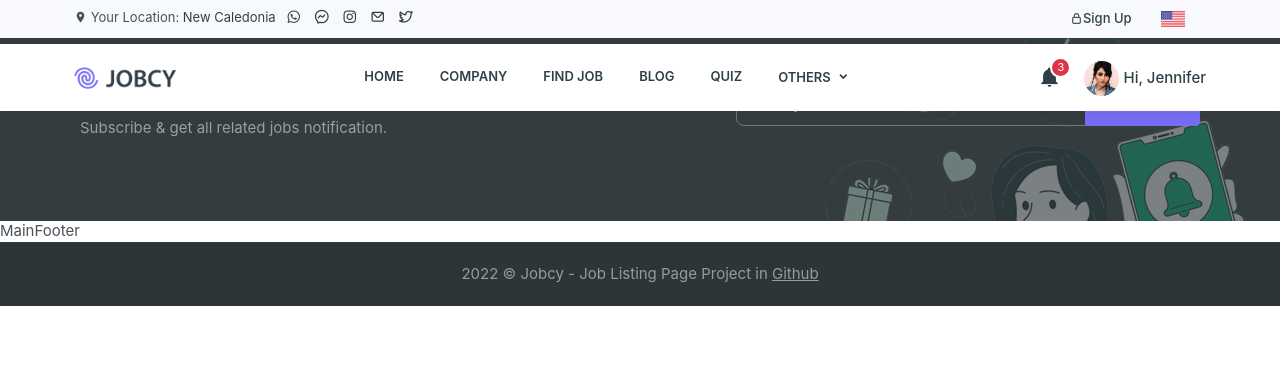
Repository: waflol/hrpm-frontend
Page: / (app in frontend/)
These files come from the project's save history. The page is drawn as it stood at one moment and after the next save; the edit follows.
The browser window is 1280 px wide. The pictures show the whole page.
The project was rebuilt for these pictures with package versions that can differ from the ones it lists, and the page was loaded fresh each time. Also part of the build but not shown: frontend/craco.config.js, frontend/src/shared/components/Navigations/LoginButton.jsx.

Above is the page before, as saved 2022-10-13 13:58:54.

### frontend/src/shared/components/Navigations/MainNavBar.jsx
import React from "react";
import {Container} from "reactstrap";
import LogoCompany from "./LogoCompany";
import NavToggler from "./NavToggler";
import Notification from "./Notification";
import UserSetting from "./UserSetting";
import LoginButton from "./LoginButton";
const MainNavBar = () => {
  return (
    <React.Fragment>
      <nav className="navbar navbar-expand-lg fixed-top sticky p-0 " id="navigation">
        <Container fluid className="custom-container">
          <LogoCompany/>
          <NavToggler/>

          <ul className="header-menu list-inline d-flex align-items-center mb-0">
            <Notification/>
            <UserSetting/>
          </ul>
        </Container>
      </nav>
    </React.Fragment>
  )
}

export default MainNavBar;

### frontend/src/shared/components/TopBar/MainTopBar.jsx
import React from "react";
import {Col, Container, Row} from "reactstrap";

import YourLocations from "./YourLocations";
import SignUpLink from "./SignUpLink";
import LanguageSelector from "./LanguageSelector";

const MainTopBar = () => {
  return (
    <React.Fragment>
      <div className="top-bar" style={{zIndex: 1030}}>
        <Container fluid className="custom-container">
          <Row className="g-0 align-items-center">
            <YourLocations/>

            <Col md={5}>
              <ul className="list-inline mb-0 text-center text-md-end">
                <SignUpLink/>
                <LanguageSelector/>
              </ul>
            </Col>
          </Row>
        </Container>
      </div>
    </React.Fragment>
  );
};

export default MainTopBar;

### frontend/src/shared/components/Footer/MainFooter.jsx
import React from 'react'
import Subscribe from './Subscribe'
import FooterAlt from './FooterAlt'
const MainFooter = () => {
  return (
    <div>
        <Subscribe/>
        MainFooter
        <FooterAlt/>
    </div>
  )
}

export default MainFooter

### frontend/src/shared/components/Navigations/LogoCompany.jsx
import React from 'react'
import { Link } from 'react-router-dom';
import darkLogo from "../../../assets/images/logo-dark.png";
import lightLogo from "../../../assets/images/logo-light.png";
const LogoCompany = () => {
    return (
        <Link className="navbar-brand text-dark fw-bold me-auto" to="/">
            <img src={darkLogo} height="22" alt="" className="logo-dark" />
            <img src={lightLogo} height="22" alt="" className="logo-light" />
        </Link>
    )
}

export default LogoCompany

### frontend/src/shared/components/Navigations/NavToggler.jsx
import React, { useState } from "react";
import NavLinks from "./NavLinks";
import { Collapse, NavbarToggler } from "reactstrap";
const NavToggler = () => {
    const [isOpen, setIsOpen] = useState(false);
    const toggle = () => setIsOpen(!isOpen);
    return (
        <>
            <div>
                <NavbarToggler className="me-3" type="button" onClick={() => toggle()}>
                    <i className="mdi mdi-menu"></i>
                </NavbarToggler>
            </div>
            <Collapse isOpen={isOpen} className="navbar-collapse" id="navbarCollapse">
                <NavLinks />
            </Collapse>
        </>

    )
}

export default NavToggler;

### frontend/src/shared/components/Navigations/Notification.jsx
import React, { useState } from "react";
import {
    Dropdown,
    DropdownToggle,
    DropdownMenu,
} from "reactstrap";
import userImage2 from "../../../assets/images/user/img-02.jpg";
import jobImage4 from "../../../assets/images/featured-job/img-04.png";
import userImage1 from "../../../assets/images/user/img-01.jpg";
import jobImage from "../../../assets/images/featured-job/img-01.png";
import { Link } from 'react-router-dom';

const Notification = () => {
    const [notification, setNotification] = useState(false);
    const dropDownnotification = () => setNotification((prevState) => !prevState);
    return (
        <Dropdown isOpen={notification} toggle={dropDownnotification} className="list-inline-item  me-4">
            <DropdownToggle href="#" className="header-item noti-icon position-relative" id="notification" type="button" tag="a">
                <i className="mdi mdi-bell fs-22"></i>
                <div className="count position-absolute">3</div>
            </DropdownToggle>
            <DropdownMenu className="dropdown-menu-sm dropdown-menu-end p-0" aria-labelledby="notification" end>
                <div className="notification-header border-bottom bg-light">
                    <h6 className="mb-1"> Notification </h6>
                    <p className="text-muted fs-13 mb-0">You have 4 unread Notification</p>
                </div>
                <div className="notification-wrapper dropdown-scroll">
                    <Link to="#" className="text-dark notification-item d-block active">
                        <div className="d-flex align-items-center">
                            <div className="flex-shrink-0 me-3">
                                <div className="avatar-xs bg-primary text-white rounded-circle d-flex align-items-center justify-content-center">
                                    <i className="uil uil-user-check "></i>
                                </div>
                            </div>
                            <div className="flex-grow-1">
                                <h6 className="mt-0 mb-1 fs-14">22 verified registrations</h6>
                                <p className="mb-0 fs-12 text-muted"><i className="mdi mdi-clock-outline"></i> <span>3 min
                                    ago</span></p>
                            </div>
                        </div>
                    </Link>
                    <Link to="#" className="text-dark notification-item d-block">
                        <div className="d-flex align-items-center">
                            <div className="flex-shrink-0 me-3">
                                <img src={userImage2} className="rounded-circle avatar-xs" alt="user-pic" />
                            </div>
                            <div className="flex-grow-1">
                                <h6 className="mt-0 mb-1 fs-14">James Lemire</h6>
                                <p className="text-muted fs-12 mb-0"><i className="mdi mdi-clock-outline"></i> <span>15 min
                                    ago</span></p>
                            </div>
                        </div>
                    </Link>
                    <Link to="#" className="text-dark notification-item d-block">
                        <div className="d-flex align-items-center">
                            <div className="flex-shrink-0 me-3">
                                <img src={jobImage4} className="rounded-circle avatar-xs"
                                    alt="user-pic" />
                            </div>
                            <div className="flex-grow-1">
                                <h6 className="mt-0 mb-1 fs-14">Applications has been approved</h6>
                                <p className="text-muted mb-0 fs-12"><i className="mdi mdi-clock-outline"></i> <span>45 min
                                    ago</span></p>
                            </div>
                        </div>
                    </Link>
                    <Link to="#" className="text-dark notification-item d-block">
                        <div className="d-flex align-items-center">
                            <div className="flex-shrink-0 me-3">
                                <img src={userImage1} className="rounded-circle avatar-xs"
                                    alt="user-pic" />
                            </div>
                            <div className="flex-grow-1">
                                <h6 className="mt-0 mb-1 fs-14">Kevin Stewart</h6>
                                <p className="text-muted mb-0 fs-12"><i className="mdi mdi-clock-outline"></i> <span>1 hour
                                    ago</span></p>
                            </div>
                        </div>
                    </Link>
                    <Link to="#" className="text-dark notification-item d-block">
                        <div className="d-flex align-items-center">
                            <div className="flex-shrink-0 me-3">
                                <img src={jobImage} className="rounded-circle avatar-xs"
                                    alt="user-pic" />
                            </div>
                            <div className="flex-grow-1">
                                <h6 className="mt-0 mb-1 fs-15">Creative Agency</h6>
                                <p className="text-muted mb-0 fs-12"><i className="mdi mdi-clock-outline"></i> <span>2 hour
                                    ago</span></p>
                            </div>
                        </div>
                    </Link>
                </div>
                <div className="notification-footer border-top text-center">
                    <Link className="primary-link fs-13" to="#">
                        <i className="mdi mdi-arrow-right-circle me-1"></i> <span>View More..</span>
                    </Link>
                </div>
            </DropdownMenu>
        </Dropdown>
    )
}

export default Notification

### frontend/src/shared/components/Navigations/UserSetting.jsx
import React, { useState } from "react";
import {
    Dropdown,
    DropdownToggle,
    DropdownMenu,
} from "reactstrap";
import profileImage from "../../../assets/images/profile.jpg";
import { Link } from 'react-router-dom';

const UserSetting = () => {
    const [userProfile, setUserProfile] = useState(false);
    const dropDownuserprofile = () => setUserProfile((prevState) => !prevState);
    return (
        <Dropdown
            onClick={() => setUserProfile(!userProfile)}
            isOpen={userProfile}
            toggle={dropDownuserprofile}
            className="list-inline-item">
            <DropdownToggle to="#" className="header-item" id="userdropdown" type="button" tag="a" aria-expanded="false">
                <img src={profileImage} alt="mdo" width="35" height="35" className="rounded-circle me-1" />
                <span className="d-none d-md-inline-block fw-medium">Hi, Jennifer</span>
            </DropdownToggle>
            <DropdownMenu className="dropdown-menu-end" aria-labelledby="userdropdown" end>
                <li><Link className="dropdown-item" to="/managejobs">Manage Jobs</Link></li>
                <li><Link className="dropdown-item" to="/bookmarkjobs">Bookmarks Jobs</Link></li>
                <li><Link className="dropdown-item" to="/myprofile">My Profile</Link></li>
                <li><Link className="dropdown-item" to="/signout">Logout</Link></li>
            </DropdownMenu>
        </Dropdown>
    )
}

export default UserSetting

### frontend/src/shared/components/TopBar/YourLocations.jsx
import React from "react";
import {Col} from "reactstrap";
import { Link } from "react-router-dom";
import { iconTobar } from "./IconBar";
//import images

const YourLocations = () => {
    return (
        <Col md={7}>
            <ul className="list-inline mb-0 text-center text-md-start">
                <li className="list-inline-item">
                    <p className="fs-13 mb-0">
                        {" "}
                        <i className="mdi mdi-map-marker"></i> Your Location:{" "}
                        <Link to="#" className="text-dark">
                            New Caledonia
                        </Link>
                    </p>
                </li>
                <li className="list-inline-item">
                    <ul className="topbar-social-menu list-inline mb-0">
                        {(iconTobar || []).map((icon, key) => (
                            <li className="list-inline-item" key={key}>
                                <Link to="/" className="social-link">
                                    <i className={icon.classname}></i>
                                </Link>
                            </li>
                        ))}
                    </ul>
                </li>
            </ul>
        </Col>
    )
}

export default YourLocations

### frontend/src/shared/components/TopBar/LanguageSelector.jsx
import React, { useState } from "react";
import {
    Dropdown,
    DropdownToggle,
    DropdownMenu,
    DropdownItem,
} from "reactstrap";

//import images
import flagUs from "../../../assets/images/flags/us.jpg";
import flagSp from "../../../assets/images/flags/spain.jpg";
import flagGr from "../../../assets/images/flags/germany.jpg";
import flagIt from "../../../assets/images/flags/italy.jpg";
import flagRu from "../../../assets/images/flags/russia.jpg";

const LanguageSelector = () => {
    //Language Dropdown
    const [dropdownOpen, setDropdownOpen] = useState(false);

    const toggle = () => setDropdownOpen((prevState) => !prevState);
    return (
        <li className="list-inline-item align-middle">
            <Dropdown
                isOpen={dropdownOpen}
                toggle={toggle}
                className="d-inline-block language-switch"

            >
                <DropdownToggle tag="button" type="button" className="btn">
                    <img
                        src={flagUs}
                        alt=""
                        height="16"
                    />
                </DropdownToggle>

                <DropdownMenu className="dropdown-menu-end" end>
                    <DropdownItem
                        to="/"
                        className="dropdown-item notify-item language"
                        data-lang="eng"
                    >
                        <img
                            src={flagUs}
                            alt=""
                            className="me-1"
                            height="12"
                        />
                        <span className="align-middle">English</span>
                    </DropdownItem>
                    <DropdownItem
                        to="/"
                        className="dropdown-item notify-item language"
                        data-lang="sp"
                    >
                        <img
                            src={flagSp}
                            alt=""
                            className="me-1"
                            height="12"
                        />
                        <span className="align-middle">Spanish</span>
                    </DropdownItem>
                    <DropdownItem
                        to="/"
                        className="dropdown-item notify-item language"
                        data-lang="gr"
                    >
                        <img
                            src={flagGr}
                            alt=""
                            className="me-1"
                            height="12"
                        />
                        <span className="align-middle">German</span>
                    </DropdownItem>
                    <DropdownItem
                        to="/"
                        className="dropdown-item notify-item language"
                        data-lang="it"
                    >
                        <img
                            src={flagIt}
                            alt=""
                            className="me-1"
                            height="12"
                        />
                        <span className="align-middle">Italian</span>
                    </DropdownItem>
                    <DropdownItem
                        to="/"
                        className="dropdown-item notify-item language"
                        data-lang="ru"
                    >
                        <img
                            src={flagRu}
                            alt=""
                            className="me-1"
                            height="12"
                        />
                        <span className="align-middle">Russian</span>
                    </DropdownItem>
                </DropdownMenu>
            </Dropdown>
        </li>
    )
}

export default LanguageSelector

### frontend/src/shared/components/Footer/Subscribe.jsx
import React from 'react';
import { Col, Container, Row } from "reactstrap";

//Import Image
import subscribeImg from "../../../assets/images/subscribe.png";

const Subscribe = () => {
  return (
      <React.Fragment>
          <section className="bg-subscribe">
              <Container>
                  <Row className="justify-content-between align-items-center">
                      <Col lg={6}>
                          <div className="text-center text-lg-start">
                              <h4 className="text-white">Get New Jobs Notification!</h4>
                              <p className="text-white-50 mb-0">Subscribe & get all related jobs notification.</p>
                          </div>
                      </Col>
                      <Col lg={6}>
                          <div className="mt-4 mt-lg-0">
                              <form className="subscribe-form" action="#">
                                  <div className="input-group justify-content-center justify-content-lg-end">
                                      <input type="text" className="form-control" id="subscribe" placeholder="Enter your email" />
                                      <button className="btn btn-primary" type="button" id="subscribebtn">Subscribe</button>
                                  </div>
                              </form>
                          </div>
                      </Col>
                  </Row>
              </Container>
              <div className="email-img d-none d-lg-block">
                  <img src={subscribeImg} alt="" className="img-fluid" />
              </div>
          </section>
      </React.Fragment>
  );
};

export default Subscribe

### frontend/src/shared/components/Footer/FooterAlt.jsx
import React from 'react'
import { Row, Col, Container } from 'reactstrap'
import { Link } from "react-router-dom";

const FooterAlt = () => {
  return (
    <div className="footer-alt">
      <Container >
        <Row >
          <Col lg={12}>
            <p className="text-white-50 text-center mb-0">
              {new Date().getFullYear()} &copy; Jobcy - Job Listing Page
              Project in <Link to="https://github.com/waflol/hrpm" target="_blank"
                className="text-reset text-decoration-underline">Github</Link>
            </p>
          </Col>
        </Row>
      </Container>
    </div>
  )
}

export default FooterAlt

### frontend/src/shared/components/Navigations/NavLinks.jsx
import React, { useState } from "react";
import classname from "classnames";
import {NavItem,NavLink} from "reactstrap";
import { Link } from 'react-router-dom';
const NavLinks = () => {
    const [home, setHome] = useState(false);
    const [company, setCompany] = useState(false);
    const [blog, setBlog] = useState(false);

    return (
        <ul className="navbar-nav mx-auto navbar-center">
            <NavItem className="dropdown dropdown-hover">
                <NavLink to="/" id="homedrop" className="arrow-none" onClick={() => setHome(!home)}> Home </NavLink>
            </NavItem>
            <NavItem className="dropdown dropdown-hover">
                <NavLink to="/" id="company" className="arrow-none"> Company </NavLink>
            </NavItem>
            <NavItem className="dropdown dropdown-hover">
                <NavLink to="/findjob" id="findjob" className="arrow-none"> Find Job </NavLink>
            </NavItem>
            <NavItem className="dropdown dropdown-hover">
                <NavLink to="/blog" id="productdropdown" role="button" data-bs-toggle="dropdown" onClick={() => setBlog(!blog)}>
                    Blog
                </NavLink>
            </NavItem>
            <NavItem>
                <NavLink className="nav-link" to="/quizz" id="quizz">Quiz</NavLink>
            </NavItem>
            <NavItem className="dropdown dropdown-hover">
                <NavLink to="/#" id="jobsdropdown" role="button" onClick={() => setCompany(!company)}>
                    Others <div className="arrow-down"></div>
                </NavLink>
                <ul className={classname("dropdown-menu dropdown-menu-center", { show: company })} aria-labelledby="jobsdropdown">
                    <li><Link className="dropdown-item" to="/aboutus">About Us</Link></li>
                    <li><Link className="dropdown-item" to="/services">Services</Link></li>
                    <li><Link className="dropdown-item" to="/team">Team</Link></li>
                    <li><Link className="dropdown-item" to="/pricing">Pricing</Link></li>
                    <li><Link className="dropdown-item" to="/privacyandpolicy">Priacy & Policy</Link></li>
                    <li><Link className="dropdown-item" to="/faqs">Faqs</Link></li>
                    <li><Link className="dropdown-item" to="/contact">Contact</Link></li>
                </ul>
            </NavItem>
        </ul>
    )
}

export default NavLinks;

### frontend/src/shared/components/TopBar/IconBar.jsx
export const iconTobar = [
    {
        id: 1,
        classname: "uil uil-whatsapp",
    },
    {
        id: 2,
        classname: "uil uil-facebook-messenger-alt",
    },
    {
        id: 3,
        classname: "uil uil-instagram",
    },
    {
        id: 4,
        classname: "uil uil-envelope",
    },
    {
        id: 5,
        classname: "uil uil-twitter-alt",
    },
];

Loaded but not shown: frontend/public/index.html (common file); frontend/src/index.js (common file); frontend/src/index.css (common file); frontend/public/assets/css/bootstrap-purple.min.css (library); frontend/public/assets/css/icons.min.css (library); frontend/public/assets/css/app-purple.min.css (library); frontend/src/App.js (26 lines, source omitted); frontend/src/shared/components/TopBar/SignUpLink.jsx (136 lines, source omitted)

After the next save:
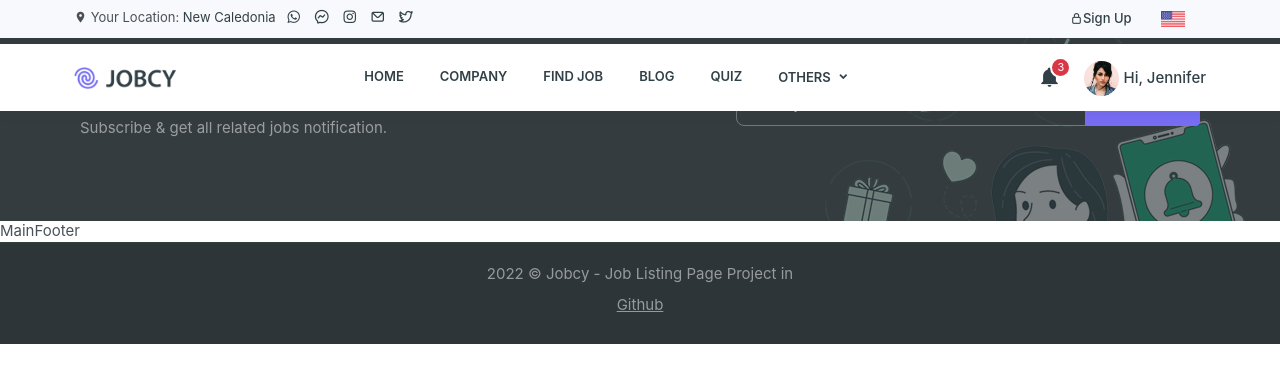
Saved 90 s later.
--- a/frontend/src/shared/components/Footer/FooterAlt.jsx
+++ b/frontend/src/shared/components/Footer/FooterAlt.jsx
@@ -1,5 +1,5 @@
 import React from 'react'
-import { Row, Col, Container } from 'reactstrap'
+import { Row, Col, Container, NavLink } from 'reactstrap'
 import { Link } from "react-router-dom";
 
 const FooterAlt = () => {
@@ -10,8 +10,8 @@
           <Col lg={12}>
             <p className="text-white-50 text-center mb-0">
               {new Date().getFullYear()} &copy; Jobcy - Job Listing Page
-              Project in <Link to="https://github.com/waflol/hrpm" target="_blank"
-                className="text-reset text-decoration-underline">Github</Link>
+              Project in <NavLink to="https://github.com/waflol/hrpm" target="_blank"
+                className="text-reset text-decoration-underline">Github</NavLink>
             </p>
           </Col>
         </Row>

After the save that followed:
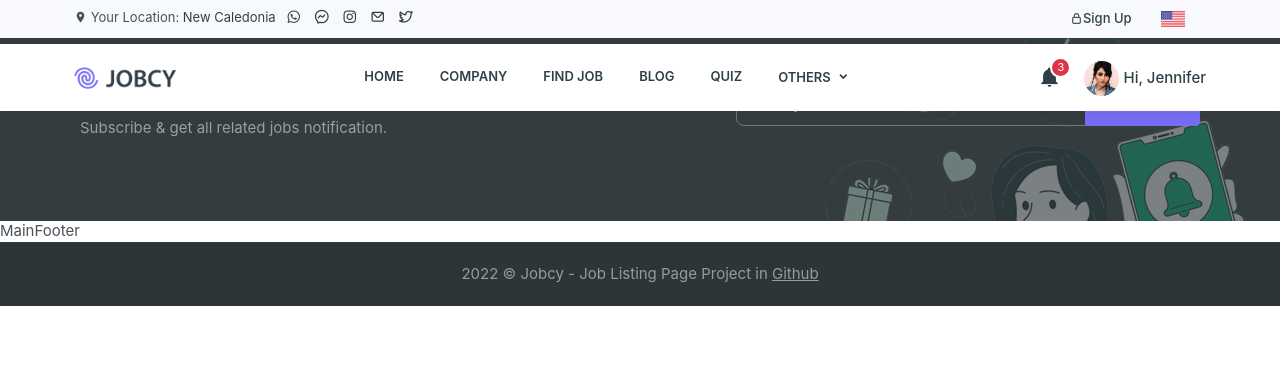
Saved 16 s later.
--- a/frontend/src/shared/components/Footer/FooterAlt.jsx
+++ b/frontend/src/shared/components/Footer/FooterAlt.jsx
@@ -1,5 +1,5 @@
 import React from 'react'
-import { Row, Col, Container, NavLink } from 'reactstrap'
+import { Row, Col, Container } from 'reactstrap'
 import { Link } from "react-router-dom";
 
 const FooterAlt = () => {
@@ -10,8 +10,8 @@
           <Col lg={12}>
             <p className="text-white-50 text-center mb-0">
               {new Date().getFullYear()} &copy; Jobcy - Job Listing Page
-              Project in <NavLink to="https://github.com/waflol/hrpm" target="_blank"
-                className="text-reset text-decoration-underline">Github</NavLink>
+              Project in <Link to="https://github.com/waflol/hrpm" target="_blank"
+                className="text-reset text-decoration-underline">Github</Link>
             </p>
           </Col>
         </Row>
